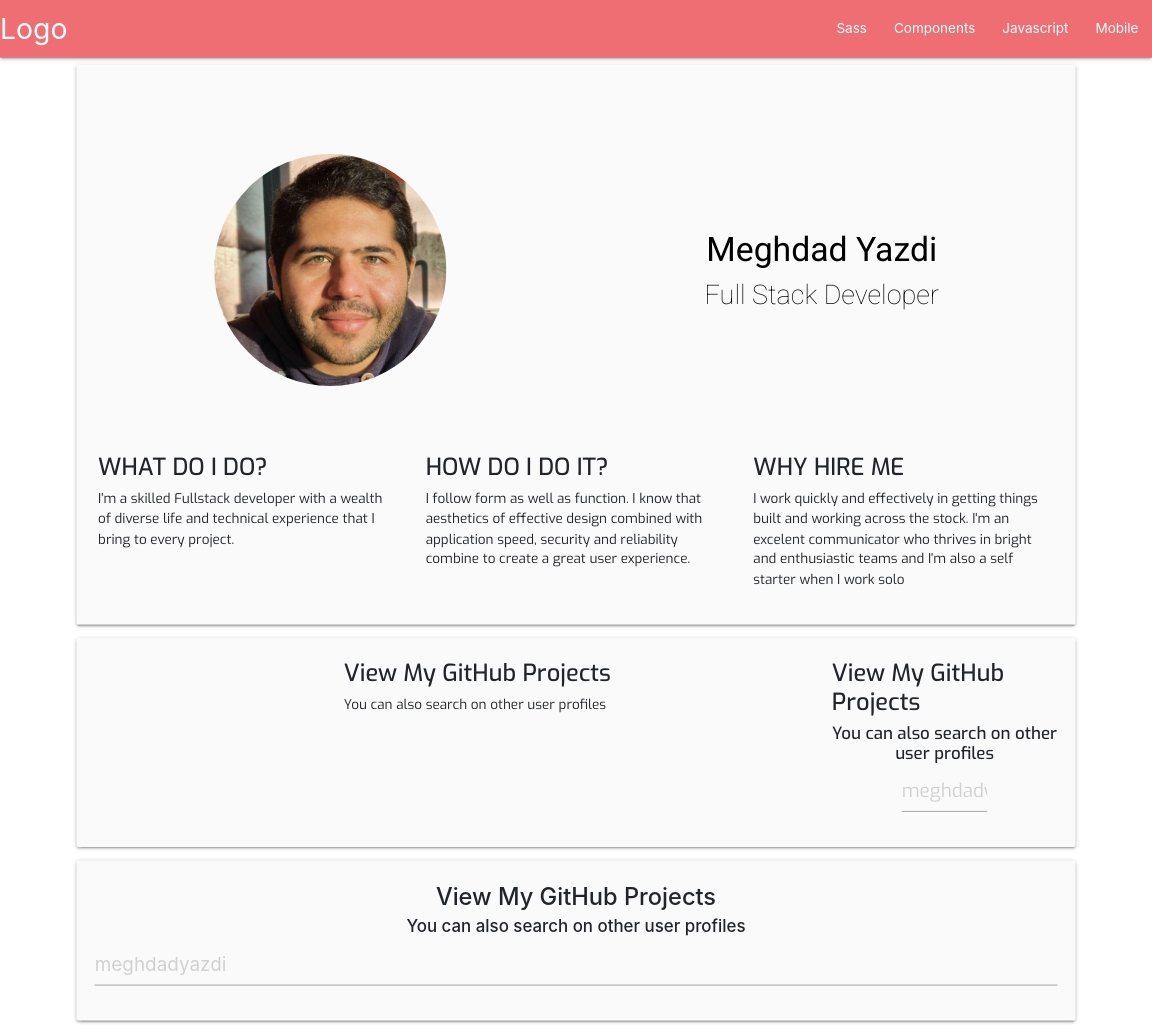
Repository: meghdadyazdi/SD_Res
Page: index.html
The author's editor kept a record of every edit. The page is drawn from the files as they stood at one moment, then again after the next edit.
The browser window is 1280 px wide. The pictures show the whole page, at 90% of full size.

Above is the page before.
Console error: ReferenceError: $ is not defined

After the next edit:
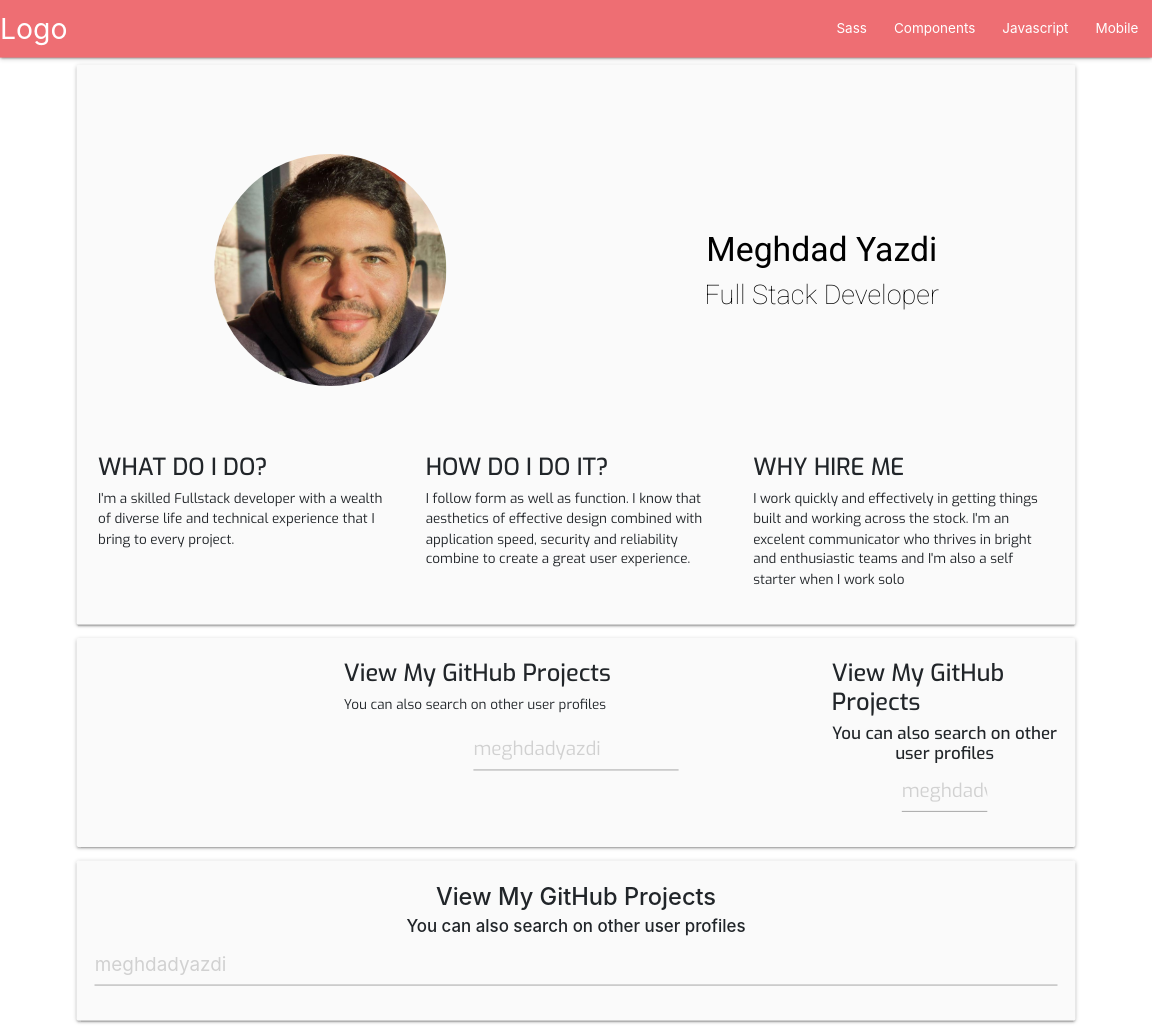
The edit:
--- a/index.html
+++ b/index.html
@@ -93,6 +93,11 @@
             <p>
               You can also search on other user profiles
             </p>
+            <div class="col-md-6 offset-md-3 center-form">
+                    <input type="text" id="gh-username" placeholder="meghdadyazdi" value="" oninput="fetchGitHubInformation()" />
+                    <div id="gh-user-data"></div>
+                    <div id="gh-repo-data"></div>
+                </div>
             </div>
 
             <div class="col text_font">
